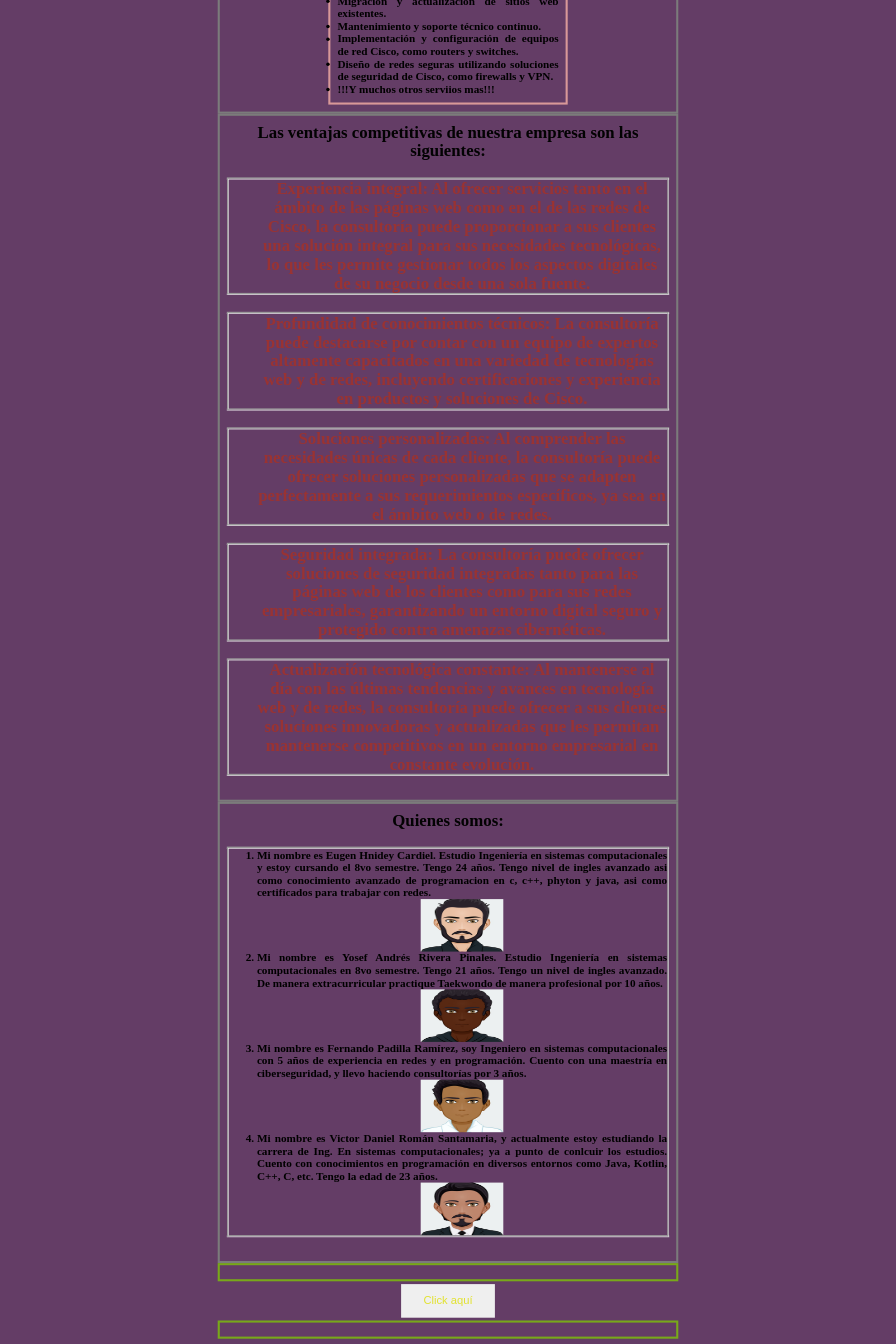
Repository: UVMCoyoacan/VEFY
Page: indexPrincipal.html
These files come from the project's save history. The page is drawn as it stood at one moment and after the next save; the edit follows.
The browser window is 1280 px wide. The pictures show the part of the page from y = 669 to 2589 px (the page is 2589 px tall), at 70% of full size.

Above is the page before, as saved 2024-02-28 20:25:16.

After the next save:
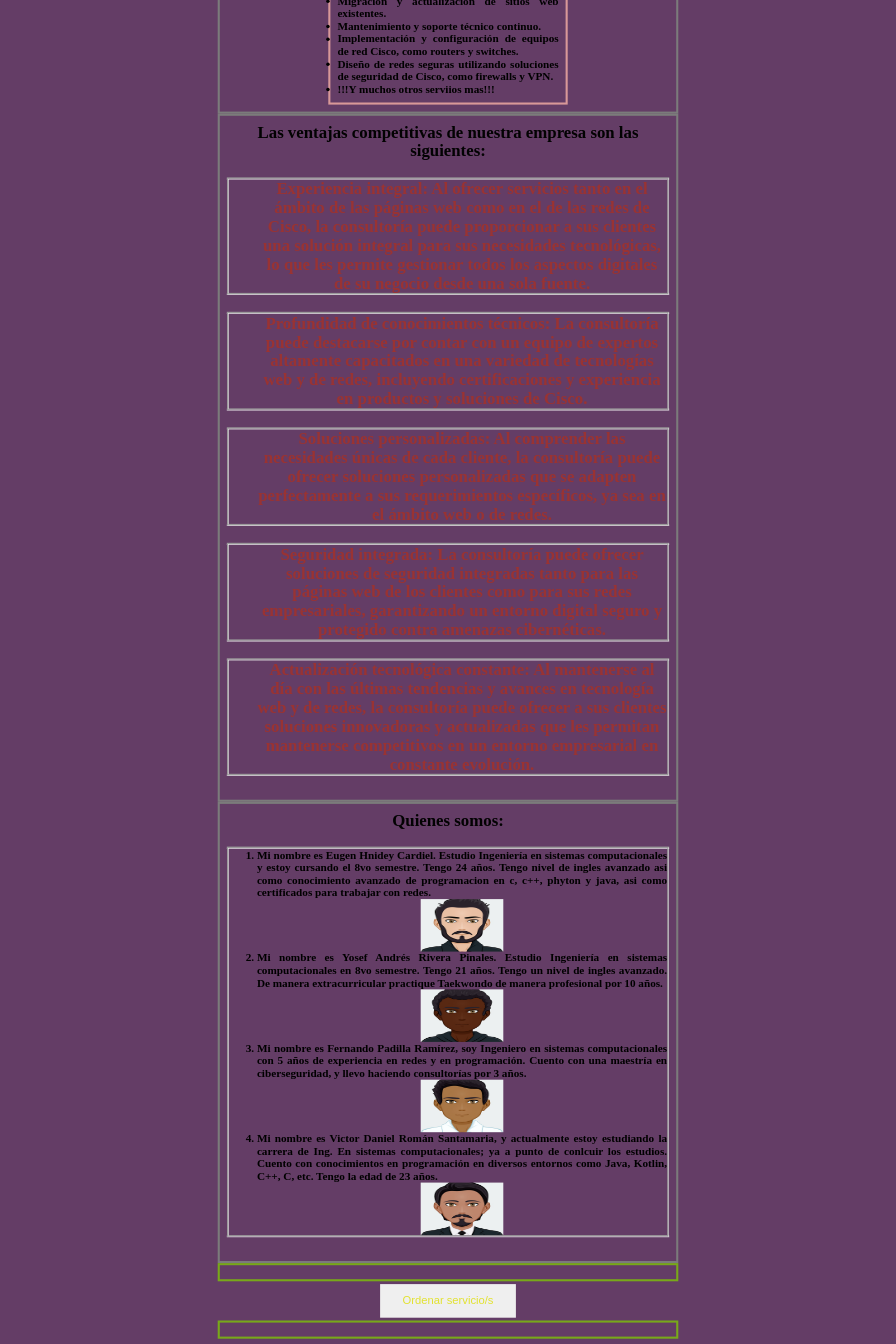
Saved 29 s later.
--- a/indexPrincipal.html
+++ b/indexPrincipal.html
@@ -8,6 +8,7 @@
         <link rel="stylesheet" href="estilo2.css"/>
         <link rel="stylesheet" href="estilo3.css"/>
         <link rel="stylesheet" href="estilo4.css"/>
+        <meta charset="utf-8" />
     </head>
     <body>
         <div style="text-align: center;"><img src = "LogoVefy.jpg" alt = "LogoEmpresaConsul" width = "150" height = "150" aling = "center"></div>
@@ -70,7 +71,7 @@
 
         <p>
             <div>
-                <button>Click aquí  </button>
+                <button onclick="redirigirForm()"> Ordenar servicio/s  </button>
 
                </div>
            </p>
